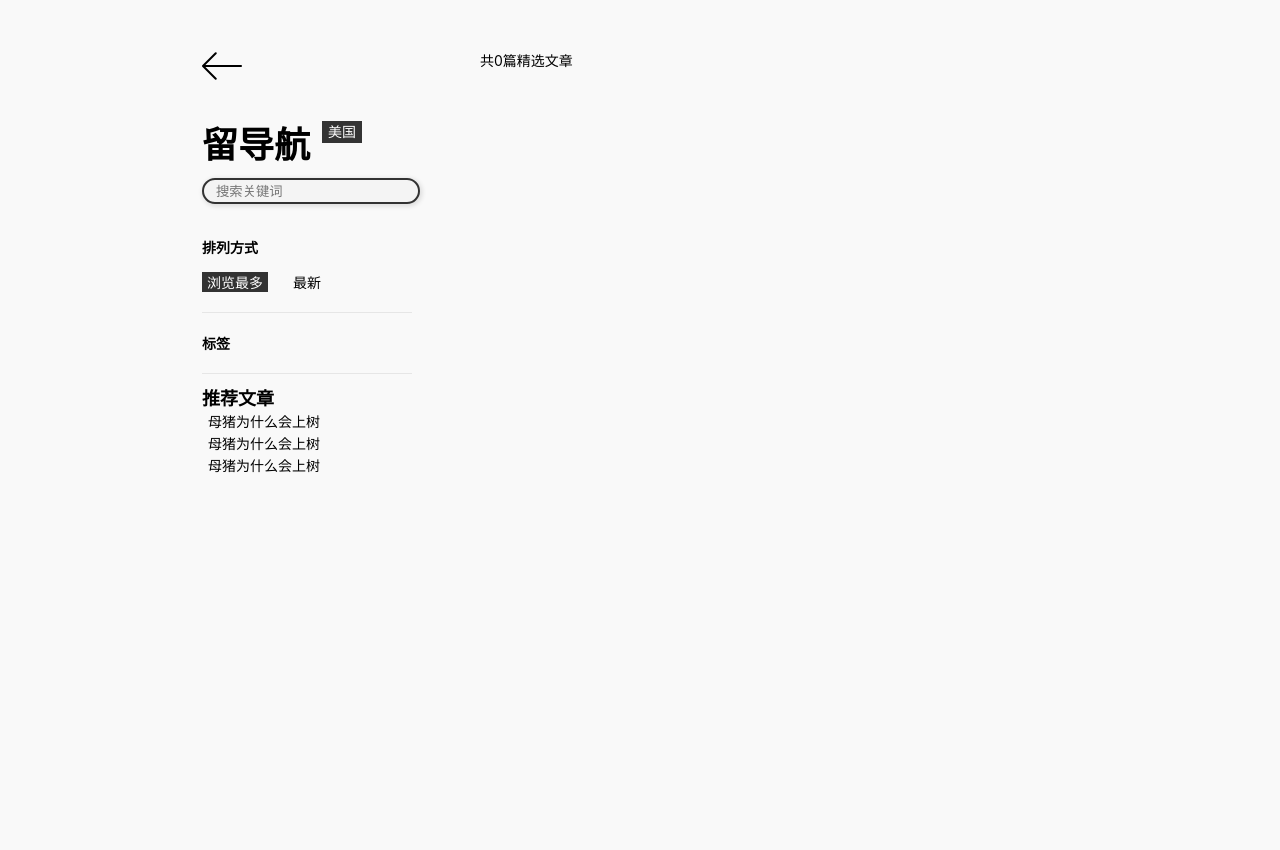
Repository: Apiyaaaa/guidefront
Page: /search
These files come from the project's save history. The page is drawn as it stood at one moment and after the next save; the edit follows.
The browser window is 1280 px wide. The pictures show the whole page.
The page's requests for data from a server got no answer. The project was rebuilt for these pictures with package versions that can differ from the ones it lists, and the page was loaded fresh each time. No one was signed in, and anything a server would have sent is missing. Also part of the build but not shown: src/pages/Home/Home.module.css, src/pages/Home/Home.js, src/components/ArticleCard/ArticleCard.module.css, src/components/ArticleCard/ArticleCard.jsx, src/pages/Article/Article.module.css, src/pages/Article/Article.js.

Above is the page before, as saved 2022-10-02 16:21:34.

### public/index.html
<!DOCTYPE html>
<html lang="en">
  <head>
    <meta charset="utf-8" />
    <link rel="icon" href="%PUBLIC_URL%/favicon.ico" />
    <meta name="viewport" content="width=device-width, initial-scale=1" />
    <meta name="theme-color" content="#000000" />
    <meta
      name="description"
      content="Web site created using create-react-app"
    />
    <!-- <link rel="apple-touch-icon" href="%PUBLIC_URL%/logo192.png" /> -->
    <!--
      manifest.json provides metadata used when your web app is installed on a
      user's mobile device or desktop. See https://developers.google.com/web/fundamentals/web-app-manifest/
    -->
    <!-- <link rel="manifest" href="%PUBLIC_URL%/manifest.json" /> -->

    <title>留导航</title>
  </head>
  <body>
    <noscript>You need to enable JavaScript to run this app.</noscript>
    <div id="root">
    </div>
  </body>
</html>

### src/App.js
import React from "react";
import { Routes, Route } from "react-router-dom";

import "./App.css";
import Home from "./pages/Home/Home";
import Search from './pages/Search/Search'
import Article from "./pages/Article/Article";


function App() {
  return (
    <div className="App">
        <Routes>
          <Route path="/" element={<Home />}></Route>
          <Route path="/search" element={<Search/>}></Route>
          <Route path="/article/:article_id" element={<Article/>}></Route>
        </Routes>
    </div>
  );
}

export default App;

### src/App.css


body {
  margin: 0;
  font-family: -apple-system, BlinkMacSystemFont, "Segoe UI", "Roboto", "Oxygen",
    "Ubuntu", "Cantarell", "Fira Sans", "Droid Sans", "Helvetica Neue",
    sans-serif;
  -webkit-font-smoothing: antialiased;
  -moz-osx-font-smoothing: grayscale;
  background-color: #f9f9f9;

}

.mainContent {
  width: 960px;
  margin: 0 auto;
  max-height: 100%;
  position: relative;
}


code {
  font-family: source-code-pro, Menlo, Monaco, Consolas, "Courier New",
    monospace;
}

### src/pages/Search/Search.js
import { useEffect, useState } from "react";
import axios from "axios";
import { useSearchParams } from "react-router-dom";
import styles from "./Search.module.css";
import SearchPanel from "../../components/SearchPanel/SearchPanel";
import ArticleCard from "../../components/ArticleCard/ArticleCard";

function Search() {
  const [data, setData] = useState([]); //布局使用的文章数据
  const [origData, setOrigData] = useState([]); //未排序的数据
  const [totalResults, setTotalResults] = useState(0); //匹配文章数
  const [col1, setCol1] = useState([]); //布局第一列
  const [col2, setCol2] = useState([]); //布局第二列

  //接收search传参
  const [search, setSearch] = useSearchParams();
  let param;
  if (search.get("word")) {
    param = search.get("word");
  } else {
    param = "";
  }
  const recommends = [
    { article_id: 1, title: "母猪为什么会上树" },
    { article_id: 2, title: "母猪为什么会上树" },
    { article_id: 3, title: "母猪为什么会上树" },
  ];
  // 初始时，通过search传参加载页面
  const getArticle = (word) => {
    console.log("search params: ", word);

    axios({
      method: "GET",
      url: "api/api/search",
      params: {
        word: word,
      },
    }).then((res) => {
      console.log("res", res);
      if (res.data) {
        const resData = res.data.data;
        console.log("data: ", resData);

        if (resData.length === 0) {
          setData([
            {
              article_id: "0",
              title: `暂时没有相关内容 :(`,
              summary: "欢迎联系我们，提供反馈",
              tags: "暂无",
              update_time: "",
              country: "国家",
              views: "0",
            },
          ]);
        } else {
          const sortedJson = sortByViews(resData);
          setOrigData(sortedJson);
          setData(sortedJson);
        }
      } else {
        setData([
          {
            article_id: "0",
            title: "暂时没有相关搜索内容",
            summary: "联系我们",
            tags: [],
            update_time: Date.now(),
            country: "国家",
            views: "0",
          },
        ]);
      }
    });
  };

  //根据浏览量排序一个数组
  const sortByViews = (arr) => {
    const newArr = arr
      .slice()
      .sort((a, b) => (a.views * 1 < b.views * 1 ? 1 : -1));
    return newArr;
  };

  //加载组件时搜索url带来的关键字
  useEffect(() => {
    getArticle(param);
  }, []);

  //data更新时刷新总匹配数
  useEffect(() => {
    setTotalResults(data.length);
  }, [data]);

  //data更新时更新col1，col2排版
  useEffect(() => {
    const arr = splitArray(data);
    setCol1(arr[0]);
    setCol2(arr[1]);
  }, [data]);

  // 奇偶分离array，用作卡片排版
  const splitArray = (arr) => {
    const oddOnes = [],
      evenOnes = [];
    for (let i = 0; i < arr.length; i++)
      (i % 2 === 0 ? evenOnes : oddOnes).push(arr[i]);
    return [evenOnes, oddOnes];
  };

  return (
    <div className="mainContent">
      <div className={styles.main}>
        {/* 左侧功能栏 */}
        <SearchPanel
          data={data}
          setData={setData}
          origData={origData}
          getArticle={getArticle}
          setOrigData={setOrigData}
          recommends={recommends}
        />

        {/* 右侧文章卡片区域 */}
        <div className={styles.displayPanel}>
          <div className={styles.totalResults}>共{totalResults}篇精选文章</div>
          <div className={styles.cardContainer}>
            {/* 使用props传参给文章卡片组件，col1col2排版 */}
            <div key={col1} className={styles.col1}>
              {col1.map((item) => {
                return <ArticleCard key={item.article_id} item={item} />;
              })}
            </div>

            <div className={styles.col2}>
              {col2.map((item) => {
                return <ArticleCard key={item.article_id} item={item} />;
              })}
            </div>
          </div>
        </div>
      </div>
    </div>
  );
}

export default Search;

### src/pages/Search/Search.module.css
.mainContent {
  width: 960px;
  margin: 0 auto;
  background-color: #f9f9f9;
}

.main {
  display: flex;
  flex-direction: row;
  margin-top: 46px;
  background-color: #f9f9f9;

}

/* 右侧卡片区域 */
.displayPanel {
  position:relative;
  margin-left: 320px;
  margin-top: 4px;
  width: 630px;
  max-height: calc(100vh - 46px);
  min-height:800px;

}
.totalResults {
  font-size: 14px;
  margin-bottom: 20px;
}
.cardContainer {
  display: flex;
  flex-direction: row;
  align-items:flex-start;
}

.col2{
  margin-top: 30px;


}







.ad{
  margin-top: 33px;
}

### src/components/SearchPanel/SearchPanel.jsx
import { useEffect, useState } from 'react'
import { useSearchParams, useNavigate } from "react-router-dom";
import { nanoid } from 'nanoid';
import styles from './SearchPanel.module.css'
import axios from 'axios';
import RecommendCard from '../RecommendCard/RecommendCard';



export default function SearchPanel(props) {
    const { data, setData, origData, getArticle, recommends } = props; //布局使用的文章数据，未排序的数据
    const navigate = useNavigate();

    const [area, setArea] = useState("美国");//未来需要接收area参数
    const [selectedTags, setSelectedTags] = useState([]);//被选择的标签们
    const [mostViewsClicked, setMostviewsClicked] = useState(true); //浏览最多排序状态
    const [newestClicked, setNewestClicked] = useState(false); //最新排序状态
    const [tags, setTags] = useState([]); //最新排序状态




    //搜索框
    //左侧搜索框查找（无按钮）
    const [search, setSearch] = useSearchParams();
    const searchChanged = () => {
        const word = document.getElementById("search").value;
        //更改search参数，同步搜索框url
        setTimeout(() => { setSearch(`word=${word}`); getArticle(word) }, 1000);
    };


    //排序
    //根据浏览量排序一个数组
    const sortByViews = (arr) => {
        const newArr = arr.slice().sort((a, b) => (a.views * 1 < b.views * 1 ? 1 : -1));
        return newArr;

    }
    //“浏览最多”点击事件
    const mostViews = () => {
        if (!mostViewsClicked) {
            const newData = sortByViews(data);
            setData(newData);
            console.log("以浏览量排列", newData);
            setMostviewsClicked(true);
            setNewestClicked(false);
        }

    }
    //根据时间排序一个数组
    const sortByNewest = (arr) => {
        const newArr = arr.slice().sort((a, b) => a.update_time < b.update_time ? 1 : -1);
        return newArr;
    }
    //“最新”点击事件
    const newest = () => {
        if (!newestClicked) {
            const newData = sortByNewest(data);
            setData(newData);
            console.log("以最新排列", newData);
            setNewestClicked(true);
            setMostviewsClicked(false);
        }
    };



    //筛选
    //标签筛选事件,设置已筛选标签
    const sortByTag = (tag) => {

        //判断tag是否已被选择，并更新State数列（已选择标签）
        if (selectedTags.includes(tag)) {
            const newSelectedTags = [...selectedTags.filter((t) => t !== tag)];
            setSelectedTags(newSelectedTags);
            console.log(`减去标签：${tag},当前标签：${newSelectedTags}`);

        } else {
            const newSelectedTags = [tag, ...selectedTags];
            setSelectedTags(newSelectedTags);
            console.log(`增加标签：${tag},当前标签：${newSelectedTags}`);

        }
    };
    //辅助函数-判断t标签是否已被选择
    const inSelectedTags = (t) => { return selectedTags.includes(t) };

    //筛选事件执行函数-监听selectedTags
    const filterDataByTags = () => {

        //无筛选条件时，根据排序方式还原展示data为原始数据
        if (selectedTags.length === 0) {
            if (mostViewsClicked) {
                setData(origData);
            } else {
                setData(sortByNewest(origData));
            }

        }
        else {
            //根据标签筛选展示data中的文章
            let result = origData.filter((article) => {
                const tagArr = article.tags.split('/');
                let matchCount = 0;

                for (let i = 0; i < tagArr.length; i++) {
                    if (inSelectedTags(tagArr[i])) {
                        matchCount+=1;
                    }
                }
                return matchCount === selectedTags.length;
            });

            //更新时，保证排列方式不变
            if (newestClicked) {
                result = sortByNewest(result);
            }
            const newData = [...result];
            setData(newData);

        }

    }

    //筛选更新时，重新筛选
    useEffect(() => {
        filterDataByTags();
    }, [selectedTags])

    useEffect(() => {
        //获取标签
        axios.get('api/api/get_tags').then(
            (res) => {
                //console.log('TAGS',res)
                if (res.data) {
                    let tags = res.data.data;
                    tags = tags.sort((a,b)=>a.tag_name.length - b.tag_name.length)
                    setTags(tags);
                }
            }
        )

    }, [])


    return (
        <div className={styles.searchPanel}>
            {/* 左侧功能栏 */}

            <div className={styles.backIcon} onClick={() => navigate(-1)}></div>
            <div className={styles.header}>
                <div className={styles.resulTitle} onClick={() => navigate("/")}>留导航</div>
                <div className={styles.country}>{area}</div>
            </div>

            {/* 搜索框 */}
            <div>
                <input
                    className={styles.inputWindow}
                    id="search"
                    placeholder="搜索关键词"
                    onChange={() => searchChanged()}
                ></input>
            </div>

            {/* 排列方式 */}
            <div>
                <div className={styles.leftTitle}>排列方式</div>
                <div className={styles.sortMethod}>
                    <button
                        className={`${mostViewsClicked ? styles.active : ''} ${styles.tag}`}
                        onClick={() => mostViews()}>浏览最多</button>
                    <button
                        className={`${newestClicked ? styles.active : ''} ${styles.tag}`}
                        onClick={() => newest()}>最新</button>
                </div>
            </div>

            {/* 标签筛选 */}
            <div>
                <div className={styles.leftTitle}>标签</div>
                <div className={styles.tags}>
                    {tags.map((item) => (
                        <button key={nanoid()}
                            className={`${selectedTags.includes(item.tag_name) ? styles.active : ""} ${styles.tag}`}
                            onClick={() => sortByTag(item.tag_name)}
                        >
                            {item.tag_name}
                        </button>
                    ))}
                </div>
            </div>
            {/*Todo差个广告component*/}
            <div className={styles.ad}><RecommendCard recommends={recommends}></RecommendCard></div>
        </div>
    )
}

### src/components/SearchPanel/SearchPanel.module.css
.searchPanel {
    position:fixed;
    margin-left: 42px;
    width: 210px;
  }

  .backIcon{
    display: block;
    width: 210px;
    height: 40px;
    margin-bottom: 30px;
    background: url(../../images/back_icon.svg) no-repeat ;
    background-position: top 0vw left 0vw;
    background-size: 40px;
    cursor: pointer;
  }
  .header {
    display: flex;
    flex-direction: row;
  }
  .resulTitle {
    font-size: 36px;
    font-weight: bold;
    cursor: pointer;
  }
  .country {
    box-sizing: border-box;
    width: 40px;
    height: 22px;
    margin-left: 12px;
    margin-top: 5px;
    background-color: #343434;
    font-size: 14px;
    text-align: center;
    line-height: 22px;
    color: #ffffff;
  }
  .inputWindow {
    width: 210px;
    height: 20px;
    margin-top: 10px;
    margin-bottom: 13px;
    border-radius: 20px;
    background-color: #f4f4f4;
    border: 2px solid #333333;
    box-shadow: 1.33333px 1.33333px 4px 1.33333px rgba(0, 0, 0, 0.1);
    text-indent: 10px;
  }
  .inputWindow:focus{
    outline: none;
    border: 2px dashed #333333;
    transition: 0.6s;
  }
  .inputWindow:focus::placeholder {
    color: transparent;
    transition: all 0.8s;
  }

  /* 功能栏 */
  .leftTitle {
    font-size: 14px;
    font-weight: bold;
    margin-top: 20px;
  }
  .sortMethod {
    padding-bottom: 20px;
    border-bottom: 1px solid #e6e6e6;

  }
  .tags {
    padding-bottom: 20px;
    border-bottom: 1px solid #e6e6e6;
  }

  .tag {
    border: 0;
    background-color: transparent;
    outline: none;
    font-size: 14px;
    padding: 0 5px;
    margin-right: 20px;
    margin-top: 15px;
    margin-left: 0;
  }
  .tag:hover {
    background-color: #343434;
    color: #ffffff;
    cursor: pointer;
    transition: all 0.6s;
  }
  .active {
    background-color: #333333;
    color: #ffffff;
  }
  .ad{
    margin-top: 10px;
  }

### src/components/RecommendCard/RecommendCard.jsx
import { ListItemSecondaryAction } from "@mui/material";
import { useEffect, useState } from "react";
import styles from './RecommendCard.module.css'
import { useNavigate } from "react-router-dom";
export default function RecommendCard(props) {
  const { recommends } = props;
  const navigate = useNavigate();
  const toArticle = (article_id) => {
    navigate(`/article/${article_id}`);
    console.log("跳转到文章页-id: ", article_id);
  };
  console.log(recommends)
  return (
    <div className={styles.recommendCard}>
      推荐文章
      <div className={styles.recommendItems}>
        {recommends.map((item) => (
          <button className={styles.recommendItem} onClick={() => toArticle(item.article_id)}>{item.title}</button>
        ))}
      </div>
    </div>
  );
}

### src/components/RecommendCard/RecommendCard.module.css
.recommendCard {
  font-size: 18px;
  font-weight: bold;
}
.recommendItems {
}
.recommendItem {
  font-size: 14px;
  overflow: hidden;
  text-overflow: ellipsis;
  white-space: nowrap;
}
button {
  margin: none;
  padding: none;
  border: none;
  outline: none;
  background-color: #f9f9f9;
}

Loaded but not shown: src/index.js (common file)

After the next save:
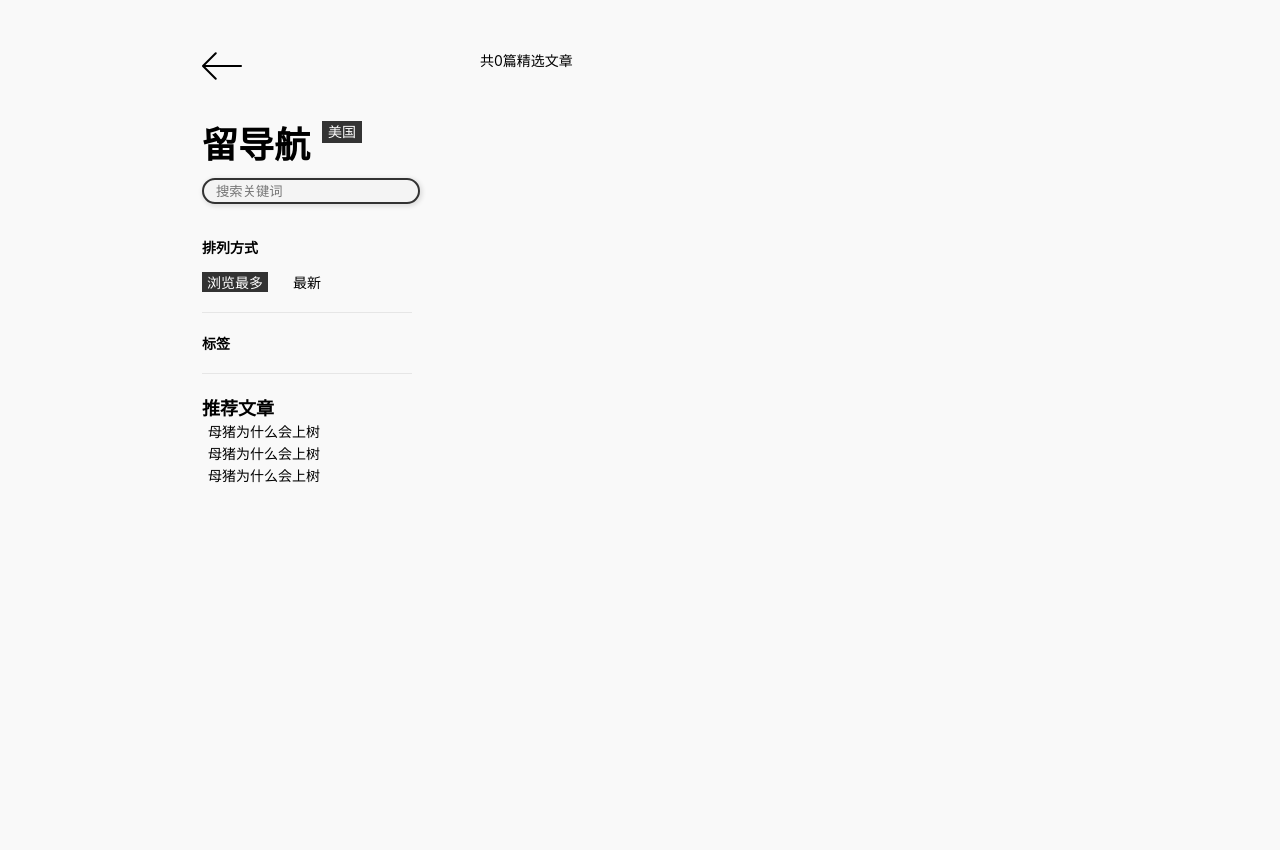
Saved 16 s later.
--- a/src/components/SearchPanel/SearchPanel.module.css
+++ b/src/components/SearchPanel/SearchPanel.module.css
@@ -93,5 +93,5 @@
     color: #ffffff;
   }
   .ad{
-    margin-top: 10px;
+    margin-top: 20px;
   }
